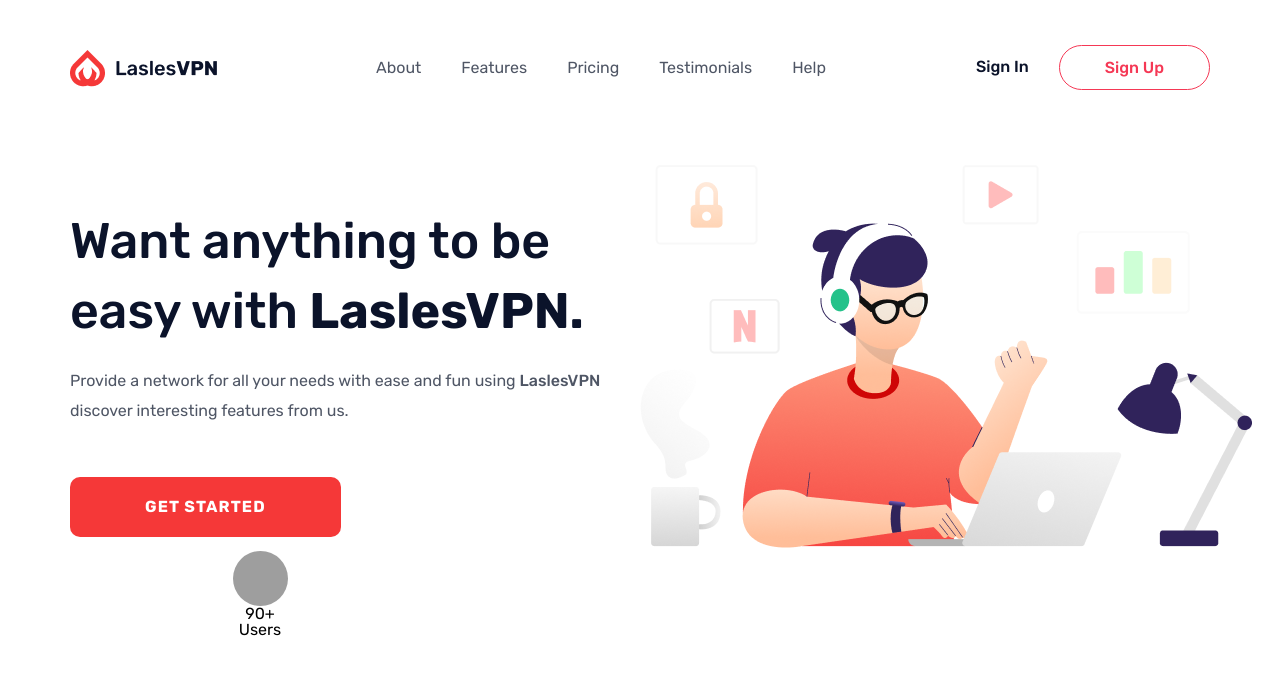
Repository: nafiesallahu/beetroot-fe-g1
Page: Homework10/index.html
An editor plug-in stored every save of this project. The page is shown before and after the next save, followed by the edit.
The browser window is 1280 px wide. The pictures show the whole page.
Pictures or frames that could not be fetched are drawn as grey boxes.

Above is the page before, as saved 2021-01-27 19:50:25.

### Homework10/index.html
<!DOCTYPE html>
<html lang="en">

<head>
  <meta charset="UTF-8">
  <meta name="viewport" content="width=device-width, initial-scale=1.0">
  <title>Lasless VPN</title>
  <link rel="preconnect" href="https://fonts.gstatic.com">
  <link href="https://fonts.googleapis.com/css2?family=Rubik:ital,wght@0,400;0,500;0,700;1,400;1,500;1,700&display=swap" rel="stylesheet">
  <link rel="stylesheet" href="./styles/style.css">
</head>

<body>
  <header class="main-header">
    <div class="container">
      <a href="index.html" class="logo">
        <img src="images/Logo.png" alt="LaslesVPN">
      </a>
      <nav class="main-nav">
        <ul>
          <li><a href="#">About</a></li>
          <li><a href="#">Features</a></li>
          <li><a href="#">Pricing</a></li>
          <li><a href="#">Testimonials</a></li>
          <li><a href="#">Help</a></li>
        </ul>
        <div class="nav-buttons">
          <a href="#" class="btn btn--link">Sign In</a>
          <a href="#" class="btn">Sign Up</a>
        </div>
      </nav>
    </div>
  </header>
  <main class="main-content">
    <section class="hero">
      <div class="container">
        <div class="hero__text">
          <h1>Want anything to be easy with <span>LaslesVPN.</span></h1>
          <p>Provide a network for all your needs with ease and fun using <span>LaslesVPN</span> discover interesting features from us.</p>
          <a href="#" class="btn">Get Started</a>
        </div>
        <div class="hero__image">
          <img src="images/illustration_1.png" alt="illustration_1.png">
        </div>
      </div>
    </section>
    <section class="stats">
      <div class="container">
        <div class="column-third">
          <div class="stat-item">
            <div class="stat-item__icon icon-user">
            </div>
            <div class="stat-item__text">
              <h4>90+</h4>
              <p>Users</p>
            </div>
          </div>
        </div>
      </div>
    </section>
  </main>
</body>

</html>

### Homework10/styles/style.css
/* http://meyerweb.com/eric/tools/css/reset/
   v2.0 | 20110126
   License: none (public domain)
*/

html, body, div, span, applet, object, iframe,
h1, h2, h3, h4, h5, h6, p, blockquote, pre,
a, abbr, acronym, address, big, cite, code,
del, dfn, em, img, ins, kbd, q, s, samp,
small, strike, strong, sub, sup, tt, var,
b, u, i, center,
dl, dt, dd, ol, ul, li,
fieldset, form, label, legend,
table, caption, tbody, tfoot, thead, tr, th, td,
article, aside, canvas, details, embed,
figure, figcaption, footer, header, hgroup,
menu, nav, output, ruby, section, summary,
time, mark, audio, video {
	margin: 0;
	padding: 0;
	border: 0;
	font-size: 100%;
	font: inherit;
	vertical-align: baseline;
}
/* HTML5 display-role reset for older browsers */
article, aside, details, figcaption, figure,
footer, header, hgroup, menu, nav, section {
	display: block;
}
body {
	line-height: 1;
}
ol, ul {
	list-style: none;
}
blockquote, q {
	quotes: none;
}
blockquote:before, blockquote:after,
q:before, q:after {
	content: '';
	content: none;
}
table {
	border-collapse: collapse;
	border-spacing: 0;
}

/* ========================================================== */

* {
  box-sizing: border-box;
}

body {
  font-family: 'Rubik', sans-serif;
}
.main-header {
  float: left;
  width: 100%;
  padding-top: 45px;
  padding-bottom: 45px;
}
.container {
  width: 100%;
  max-width: 1140px;
  margin:0 auto;
}
.main-nav a {
  text-decoration: none;
}
.main-nav ul {
  float: left;
  margin-left: 157px;
  padding-top: 13px;
}
.main-nav ul li {
  margin-right: 40px;
  float: left;
}
.main-nav ul li a{
  font-size: 16px;
  line-height: 19px;
  color: #4F5665;
}
.logo {
  float: left;
  margin-top:5px;
}
.nav-buttons {
  float: right;
}
.nav-buttons .btn {
  color: #F53855;
  font-size: 16px;
  padding-left: 45px;
  padding-right: 45px;
  height: 45px;
  line-height: 43px;
  border: 1px solid #F53855;
  float: left;
  border-radius: 50px;
  font-weight: 500;
}
.nav-buttons .btn--link {
  padding-left: 0;
  padding-right: 0;
  border:0;
  margin-right:30px;
  color: #0B132A;
}

/* HERO */
.hero {
  float: left;
  width: 100%;
}
.hero__text {
  float: left;
  width:50%;
  padding-top:71px;
}
.hero__image {
  float: left;
  width:50%;
  padding-top:30px;

}

.hero__text h1 {
  font-weight: 500;
  font-size: 50px;
  line-height: 70px;
  color: #0B132A;
  margin-bottom: 20px;
}
.hero__text p {
  font-size: 16px;
  color: #4F5665;
  line-height: 1.9em;
  margin-bottom: 50px;
}
.hero__text h1 span {
  font-weight: bold;
}
.hero__text p span {
  font-weight: 500;
}

.hero__text .btn {
  float: left;
  height: 60px;
  line-height: 60px;
  padding-left: 75px;
  padding-right: 75px;
  background: #F53838;
  border-radius: 10px;
  text-decoration: none;
  color: white;
  font-weight: 700;
  font-size: 16px;
  text-transform: uppercase;
  letter-spacing: 0.07em;
}

/* ===================== */
.column-third  {
  float: left;
  width:33.3333333333%;
  text-align: center;
}
.stat-item {
  display: inline-block;
}
.stat-item__icon {
  background: #FFECEC;
  width: 55px;
  height: 55px;
  border-radius:50%;
  text-align: center;
  background-repeat: no-repeat;
  background-position: center;
  float: left;
}
.stat-item__icon.icon-user {
 background-image: url('../images/user-icon.png');
}

After the next save:
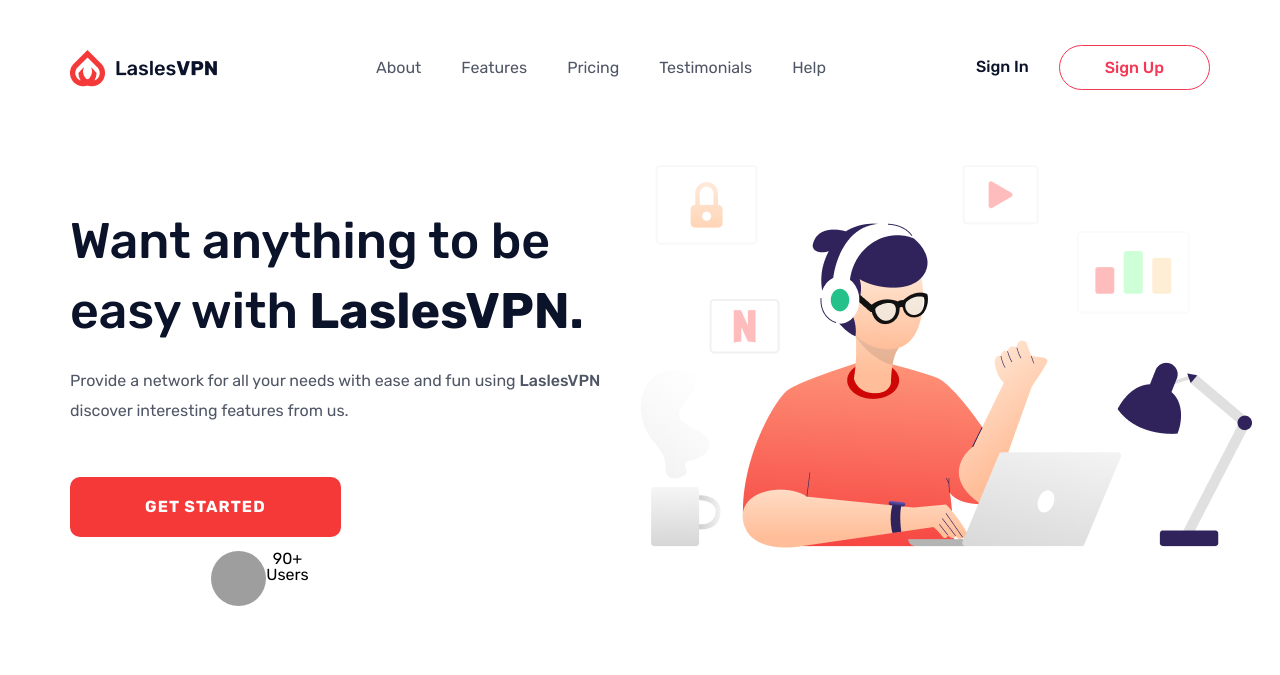
Saved 22 s later.
--- a/Homework10/styles/style.css
+++ b/Homework10/styles/style.css
@@ -186,3 +186,6 @@
 .stat-item__icon.icon-user {
  background-image: url('../images/user-icon.png');
 }
+.stat-item__text {
+  float:left;
+}
